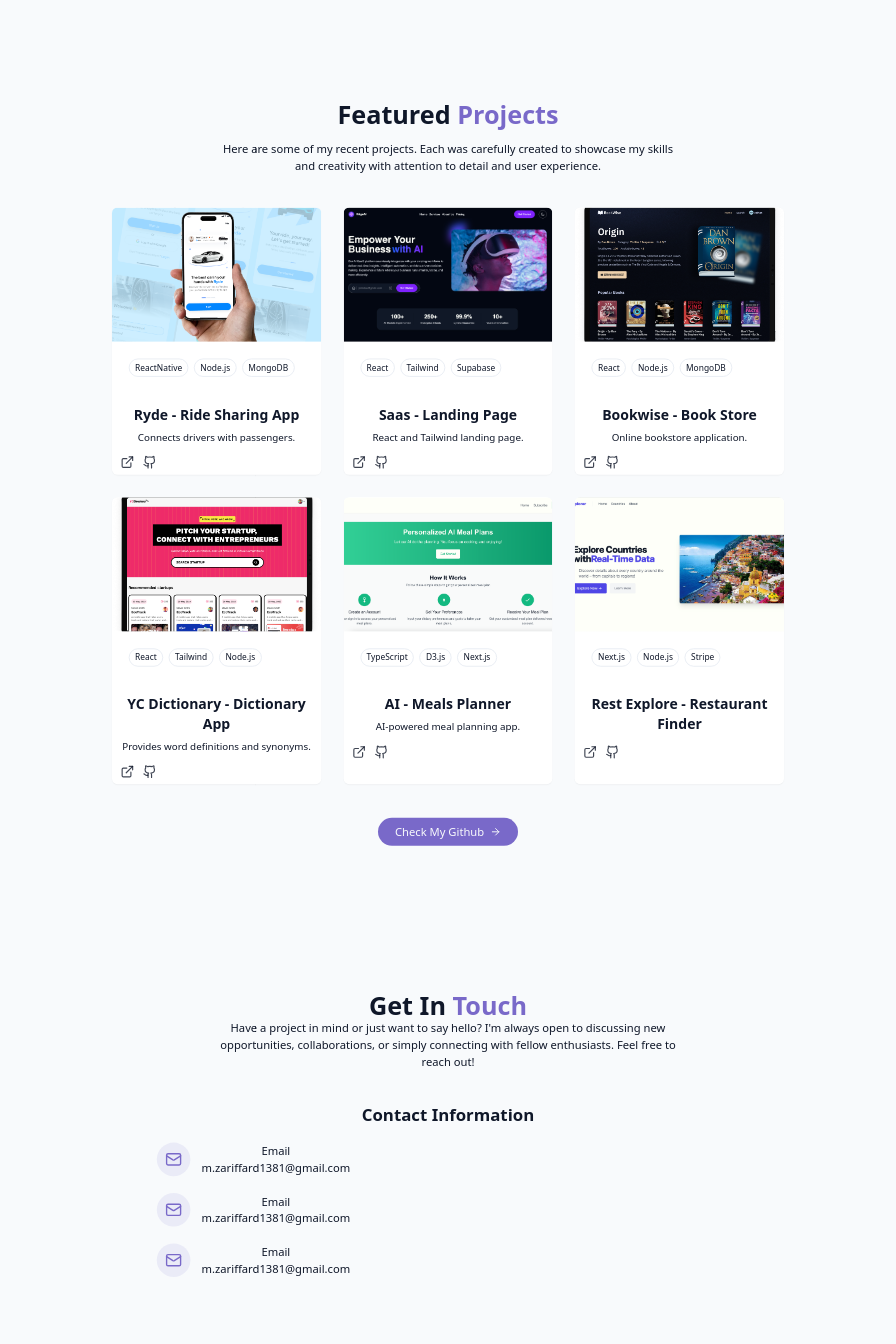
Repository: mOzariffard/Portfolio
Page: /
An editor plug-in stored every save of this project. The page is shown before and after the next save, followed by the edit.
The browser window is 1280 px wide. The pictures show the part of the page from y = 3936 to 5856 px (the page is 5856 px tall before and 5784 px after), at 70% of full size.
The project was rebuilt for these pictures with package versions that can differ from the ones it lists, and the page was loaded fresh each time. Also part of the build but not shown: vite.config.js, src/pages/NotFound.jsx.

Above is the page before, as saved 2025-06-30 17:33:59.

After the next save:
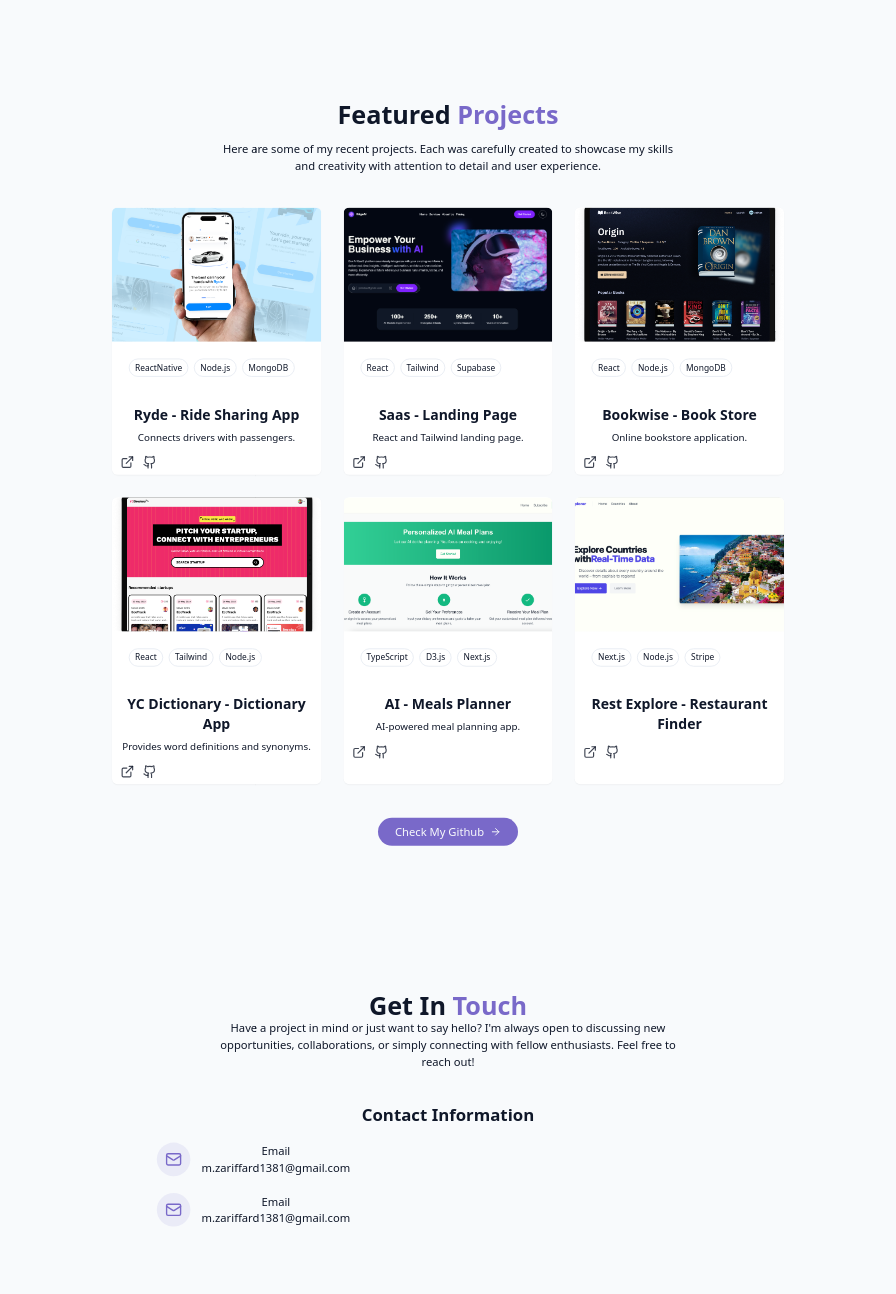
Saved 8 s later.
--- a/src/components/ContactSection.jsx
+++ b/src/components/ContactSection.jsx
@@ -51,18 +51,7 @@ const ContactSection = () => {
                         </div>
                     </div>
 
-                    <div className='flex items-start space-x-4'>
 
-                        <div className='p-3 rounded-full bg-primary/10'>
-                        <Mail className='w-6 h-6 text-primary' />
-                        </div>
-                        <div>
-                            <h4 className='font-medium'> Email </h4>
-                            <a href="mailto:m.zariffard1381@gmail.com" className='text-muted-foreground hover:text-primary transition-colors'>
-                            m.zariffard1381@gmail.com
-                            </a>
-                        </div>
-                    </div>
                 </div>
             </div>
          </div>
